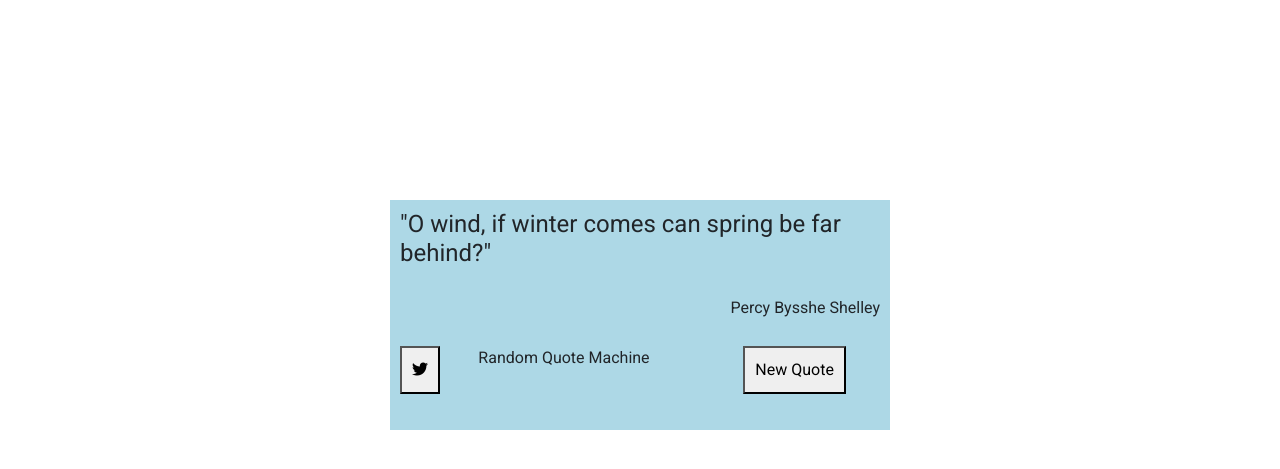
Repository: derektypist/random-quote-machine
Page: index.html
The author's editor kept a record of every edit. The page is drawn from the files as they stood at one moment, then again after the next edit.
The browser window is 1280 px wide. The pictures show the whole page.
Some web libraries are served in a nearby version.

Above is the page before.

After the next edit:
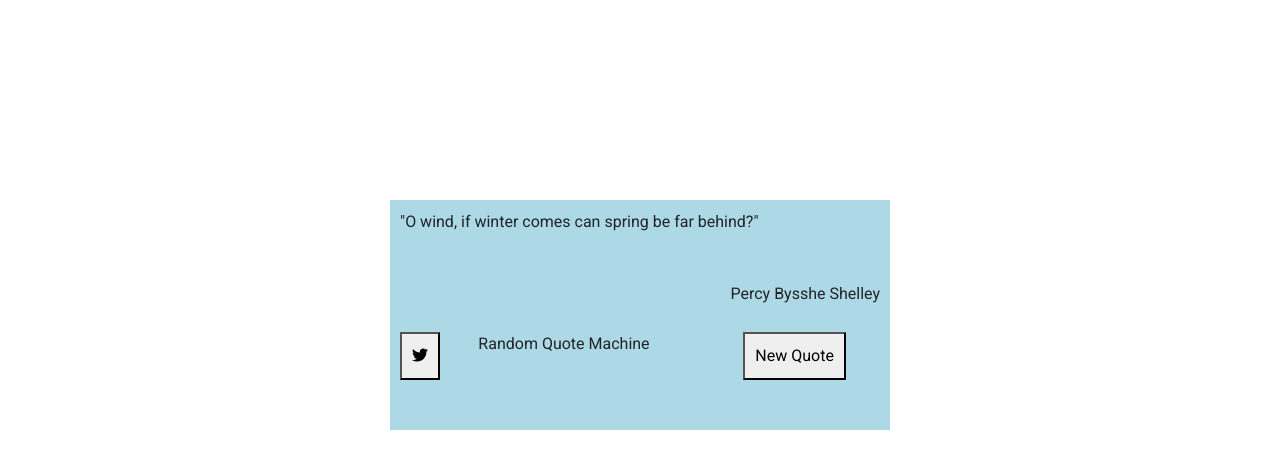
The edit:
--- a/index.html
+++ b/index.html
@@ -115,6 +115,8 @@
 <body>
     <!-- Set Up Quote Box -->
     <article id="quote-box">
+        <article id="text">
+        </article>
         <h4 id="text"></h4>
         <p id="author"></p>
         <p></p>
